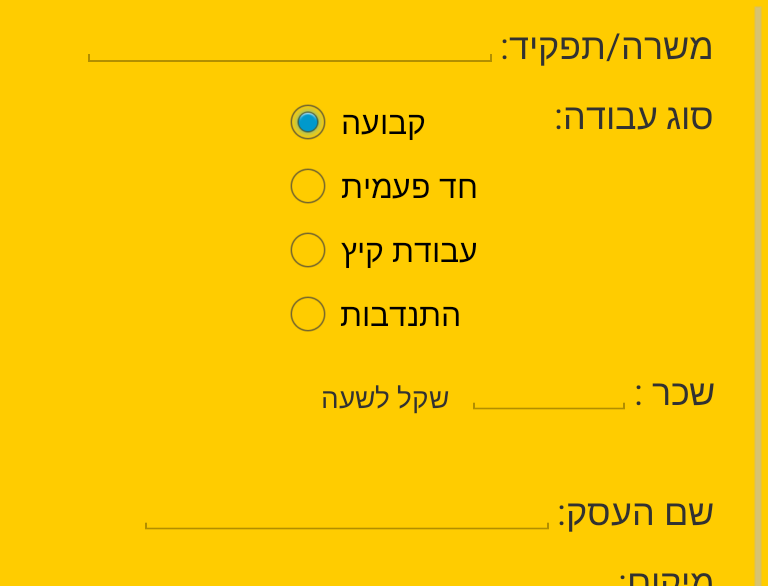
Repository: rodi055/jobli
Layout: Jobli/res/layout/fragment_create_job.xml
The author's editor kept a copy of each file at every save. The layout is drawn from the files as they stood at one save, then again after the next save.
The pictures show rows 0 to 586 of an output 1280 px tall.
Pictures or frames that could not be fetched are drawn as grey boxes. It is drawn on a 768 x 1280 px phone screen (xhdpi) without system bars, with theme AppTheme; the app's code is not run. The app's manifest (not shown) leaves right-to-left support off. So textAlignment, textDirection and layoutDirection are ignored, and left and right values win over start and end ones.

Above is the layout before, as saved 2015-01-03 21:29:43.

### Jobli/res/layout/fragment_create_job.xml
<?xml version="1.0" encoding="utf-8"?>
<LinearLayout xmlns:android="http://schemas.android.com/apk/res/android"
    xmlns:tools="http://schemas.android.com/tools"
    android:layout_width="match_parent"
    android:layout_height="match_parent"
    android:background="#FFCC00"
    android:orientation="vertical"
    tools:context=".CreateNewJobActivity" >

    <ScrollView
        android:layout_width="match_parent"
        android:layout_height="wrap_content" >

        <LinearLayout
            android:layout_width="match_parent"
            android:layout_height="wrap_content"
            android:layout_marginEnd="7dp"
            android:layout_marginLeft="7dp"
            android:layout_marginRight="7dp"
            android:orientation="vertical" >

            <RelativeLayout
                android:layout_width="wrap_content"
                android:layout_height="wrap_content"
                android:layout_marginTop="10dp" >

                <TextView
                    android:id="@+id/textView1"
                    android:layout_width="wrap_content"
                    android:layout_height="wrap_content"
                    android:layout_alignParentEnd="true"
                    android:layout_alignParentRight="true"
                    android:layout_alignParentTop="true"
                    android:layout_marginEnd="20dp"
                    android:layout_marginRight="20dp"
                    android:text="משרה/תפקיד:"
                    android:textSize="18sp" />

                <EditText
                    android:id="@+id/editText1"
                    android:layout_width="wrap_content"
                    android:layout_height="wrap_content"
                    android:layout_alignBottom="@+id/textView1"
                    android:layout_toLeftOf="@+id/textView1"
                    android:layout_toStartOf="@+id/textView1"
                    android:ems="10"
                    android:inputType="text"
                    android:maxLines="1" />
            </RelativeLayout>

            <RelativeLayout
                android:layout_width="wrap_content"
                android:layout_height="wrap_content"
                android:layout_marginTop="10dp" >

                <TextView
                    android:id="@+id/textView2"
                    android:layout_width="wrap_content"
                    android:layout_height="wrap_content"
                    android:layout_alignParentEnd="true"
                    android:layout_alignParentRight="true"
                    android:layout_alignParentTop="true"
                    android:layout_marginEnd="20dp"
                    android:layout_marginRight="20dp"
                    android:text="סוג עבודה:"
                    android:textSize="18sp" />

                <RadioGroup
                    android:id="@+id/radioGroup1"
                    android:layout_width="wrap_content"
                    android:layout_height="wrap_content"
                    android:layout_alignParentTop="true"
                    android:layout_marginEnd="38dp"
                    android:layout_marginRight="38dp"
                    android:layout_toLeftOf="@+id/textView2" >

                    <RadioButton
                        android:id="@+id/radio0"
                        android:layout_width="wrap_content"
                        android:layout_height="wrap_content"
                        android:checked="true"
                        android:text="קבועה" />

                    <RadioButton
                        android:id="@+id/radio1"
                        android:layout_width="wrap_content"
                        android:layout_height="wrap_content"
                        android:text="חד פעמית" />

                    <RadioButton
                        android:id="@+id/radio2"
                        android:layout_width="wrap_content"
                        android:layout_height="wrap_content"
                        android:text="עבודת קיץ" />

                    <RadioButton
                        android:id="@+id/radio3"
                        android:layout_width="wrap_content"
                        android:layout_height="wrap_content"
                        android:text="התנדבות" />
                </RadioGroup>
            </RelativeLayout>

            <RelativeLayout
                android:layout_width="wrap_content"
                android:layout_height="50dp"
                android:layout_marginTop="10dp" >

                <TextView
                    android:id="@+id/textView8"
                    android:layout_width="wrap_content"
                    android:layout_height="wrap_content"
                    android:layout_alignParentEnd="true"
                    android:layout_alignParentRight="true"
                    android:layout_alignParentTop="true"
                    android:layout_marginEnd="20dp"
                    android:layout_marginRight="20dp"
                    android:text="שכר :"
                    android:textSize="18sp" />

                <EditText
                    android:id="@+id/editText8"
                    android:layout_width="wrap_content"
                    android:layout_height="wrap_content"
                    android:layout_alignBottom="@+id/textView8"
                    android:layout_toLeftOf="@+id/textView8"
                    android:ems="4"
                    android:inputType="numberDecimal"
                    android:maxLines="1"
                    android:singleLine="true" />

                <TextView
                    android:id="@+id/textView9"
                    android:layout_width="wrap_content"
                    android:layout_height="wrap_content"
                    android:layout_alignBottom="@+id/textView8"
                    android:layout_marginRight="8dp"
                    android:layout_toLeftOf="@+id/editText8"
                    android:text="שקל לשעה" />
            </RelativeLayout>

            <RelativeLayout
                android:layout_width="wrap_content"
                android:layout_height="wrap_content"
                android:layout_marginTop="10dp" >

                <TextView
                    android:id="@+id/textView3"
                    android:layout_width="wrap_content"
                    android:layout_height="wrap_content"
                    android:layout_alignParentEnd="true"
                    android:layout_alignParentRight="true"
                    android:layout_alignParentTop="true"
                    android:layout_marginEnd="20dp"
                    android:layout_marginRight="20dp"
                    android:text="שם העסק:"
                    android:textSize="18sp" />

                <EditText
                    android:id="@+id/editText3"
                    android:layout_width="wrap_content"
                    android:layout_height="wrap_content"
                    android:layout_alignBottom="@+id/textView3"
                    android:layout_toLeftOf="@+id/textView3"
                    android:layout_alignParentTop="true"
                    android:ems="10"
                    android:maxLines="1"
                    android:singleLine="true" />
            </RelativeLayout>

            <RelativeLayout
                android:layout_width="wrap_content"
                android:layout_height="wrap_content"
                android:layout_marginTop="10dp" >

                <TextView
                    android:id="@+id/textView4"
                    android:layout_width="wrap_content"
                    android:layout_height="wrap_content"
                    android:layout_alignParentEnd="true"
                    android:layout_alignParentRight="true"
                    android:layout_alignParentTop="true"
                    android:layout_marginEnd="20dp"
                    android:layout_marginRight="20dp"
                    android:text="מיקום:"
                    android:textSize="18sp" />
            </RelativeLayout>

            <fragment
                android:id="@+id/My_map"
                android:layout_width="match_parent"
                android:layout_height="120dp"
                android:layout_marginBottom="20dp"
                class="com.google.android.gms.maps.MapFragment" />

            <RelativeLayout
                android:layout_width="wrap_content"
                android:layout_height="wrap_content"
                android:layout_marginTop="10dp" >

                <TextView
                    android:id="@+id/textView5"
                    android:layout_width="wrap_content"
                    android:layout_height="wrap_content"
                    android:layout_alignParentEnd="true"
                    android:layout_alignParentRight="true"
                    android:layout_alignParentTop="true"
                    android:layout_marginEnd="20dp"
                    android:layout_marginRight="20dp"
                    android:text="שם איש קשר:"
                    android:textSize="18sp" />

                <EditText
                    android:id="@+id/editText5"
                    android:layout_width="wrap_content"
                    android:layout_height="wrap_content"
                    android:layout_alignBottom="@+id/textView5"
                    android:layout_toLeftOf="@+id/textView5"
                    android:layout_toStartOf="@+id/textView5"
                    android:layout_alignParentTop="true"
                    android:ems="10"
                    android:inputType="textPersonName"
                    android:maxLines="1"
                    android:singleLine="true" />
            </RelativeLayout>

            <RelativeLayout
                android:layout_width="wrap_content"
                android:layout_height="wrap_content"
                android:layout_marginTop="10dp" >

                <TextView
                    android:id="@+id/textView6"
                    android:layout_width="wrap_content"
                    android:layout_height="wrap_content"
                    android:layout_alignParentEnd="true"
                    android:layout_alignParentRight="true"
                    android:layout_alignParentTop="true"
                    android:layout_marginEnd="20dp"
                    android:layout_marginRight="20dp"
                    android:text="איימיל:"
                    android:textSize="18sp" />

                <EditText
                    android:id="@+id/editText6"
                    android:layout_width="wrap_content"
                    android:layout_height="wrap_content"
                    android:layout_alignBottom="@+id/textView6"
                    android:layout_toLeftOf="@+id/textView6"
                    android:layout_toStartOf="@+id/textView6"
                    android:layout_alignParentTop="true"
                    android:ems="10"
                    android:inputType="textEmailAddress"
                    android:maxLines="1"
                    android:singleLine="true" />
            </RelativeLayout>

            <RelativeLayout
                android:layout_width="wrap_content"
                android:layout_height="wrap_content"
                android:layout_marginTop="10dp"
                android:contentDescription="@android:string/emptyPhoneNumber" >

                <TextView
                    android:id="@+id/textView7"
                    android:layout_width="wrap_content"
                    android:layout_height="wrap_content"
                    android:layout_alignParentEnd="true"
                    android:layout_alignParentRight="true"
                    android:layout_alignParentTop="true"
                    android:layout_marginEnd="20dp"
                    android:layout_marginRight="20dp"
                    android:text="מספר טלפון:"
                    android:textSize="18sp" />

                <EditText
                    android:id="@+id/editText7"
                    android:layout_width="wrap_content"
                    android:layout_height="wrap_content"
                    android:layout_alignBottom="@+id/textView7"
                    android:layout_toLeftOf="@+id/textView7"
                    android:layout_toStartOf="@+id/textView7"
                    android:layout_alignParentTop="true"
                    android:ems="10"
                    android:inputType="phone"
                    android:maxLines="1"
                    android:singleLine="true" />

                <CheckBox
                    android:id="@+id/checkBox1"
                    android:layout_width="wrap_content"
                    android:layout_height="wrap_content"
                    android:layout_alignParentRight="true"
                    android:layout_below="@id/textView7"
                    android:text="אל תציג מספר טלפון"
                    android:textSize="12sp" />
            </RelativeLayout>

            <RelativeLayout
                android:layout_width="wrap_content"
                android:layout_height="0dp"
                android:layout_marginTop="10dp"
                android:layout_weight="0.56" >

                <TextView
                    android:id="@+id/textView10"
                    android:layout_width="wrap_content"
                    android:layout_height="wrap_content"
                    android:layout_alignParentEnd="true"
                    android:layout_alignParentRight="true"
                    android:layout_alignParentTop="true"
                    android:layout_marginBottom="15dp"
                    android:text="דרישות חובה מהתפקיד:"
                    android:textSize="18sp" />

                <TableLayout
                    android:id="@+id/table1"
                    android:layout_width="wrap_content"
                    android:layout_height="wrap_content"
                    android:layout_alignParentRight="true"
                    android:layout_below="@+id/textView10"
                    android:layout_centerVertical="true" >

                    <TableRow
                        android:id="@+id/tableRow11"
                        android:layout_width="wrap_content"
                        android:layout_height="wrap_content" >

                        <CheckBox
                            android:id="@+id/checkBox12"
                            android:layout_width="wrap_content"
                            android:layout_height="wrap_content"
                            android:text="נסיון" />

                        <CheckBox
                            android:id="@+id/checkBox4"
                            android:layout_width="wrap_content"
                            android:layout_height="wrap_content"
                            android:text="ניידות" />

                        <CheckBox
                            android:id="@+id/checkBox42"
                            android:layout_width="wrap_content"
                            android:layout_height="wrap_content"
                            android:text="עבודה פיזית" />
                    </TableRow>

                    <TableRow
                        android:id="@+id/tableRow12"
                        android:layout_width="wrap_content"
                        android:layout_height="wrap_content" >

                        <CheckBox
                            android:id="@+id/checkBox13"
                            android:layout_width="wrap_content"
                            android:layout_height="wrap_content"
                            android:text="בגרות שלם" />

                        <CheckBox
                            android:id="@+id/checkBox2"
                            android:layout_width="wrap_content"
                            android:layout_height="wrap_content"
                            android:text="תואר אקדמי" />

                        <CheckBox
                            android:id="@+id/checkBox24"
                            android:layout_width="wrap_content"
                            android:layout_height="wrap_content"
                            android:text="ידע במחשבים" />
                    </TableRow>

                    <TableRow
                        android:id="@+id/tableRow13"
                        android:layout_width="wrap_content"
                        android:layout_height="wrap_content" >

                        <CheckBox
                            android:id="@+id/checkBox14"
                            android:layout_width="wrap_content"
                            android:layout_height="wrap_content"
                            android:text="12 שנות לימוד" />

                        <CheckBox
                            android:id="@+id/checkBox22"
                            android:layout_width="wrap_content"
                            android:layout_height="wrap_content"
                            android:text="משמרות" />

                        <CheckBox
                            android:id="@+id/checkBox23"
                            android:layout_width="wrap_content"
                            android:layout_height="wrap_content"
                            android:text="שירות צבאי" />
                    </TableRow>

                    <TableRow
                        android:id="@+id/tableRow14"
                        android:layout_width="wrap_content"
                        android:layout_height="wrap_content" >
                    </TableRow>
                </TableLayout>
            </RelativeLayout>

            <RelativeLayout
                android:layout_width="wrap_content"
                android:layout_height="wrap_content"
                android:layout_marginTop="10dp" >

                <TextView
                    android:id="@+id/textView11"
                    android:layout_width="wrap_content"
                    android:layout_height="wrap_content"
                    android:layout_alignParentEnd="true"
                    android:layout_alignParentRight="true"
                    android:layout_alignParentTop="true"
                    android:layout_marginEnd="20dp"
                    android:layout_marginRight="20dp"
                    android:text="הערות נוספות:"
                    android:textSize="18sp" />

                <EditText
                    android:id="@+id/editText11"
                    android:layout_width="wrap_content"
                    android:layout_height="wrap_content"
                    android:layout_alignBottom="@+id/textView11"
                    android:layout_toLeftOf="@+id/textView11"
                    android:layout_toStartOf="@+id/textView11"
                    android:layout_alignParentTop="true"
                    android:ems="10"
                    android:inputType="textMultiLine"
                    android:maxLines="4"
                    android:singleLine="false" />
            </RelativeLayout>

            <LinearLayout
                android:id="@+id/linearLayout1"
                style="?android:attr/buttonBarStyle"
                android:layout_width="match_parent"
                android:layout_height="wrap_content"
                android:layout_alignParentBottom="true"
                android:orientation="horizontal" >

                <Button
                    android:id="@+id/cancel_button"
                    style="?android:attr/buttonBarButtonStyle"
                    android:layout_width="0dp"
                    android:layout_height="wrap_content"
                    android:layout_weight="1"
                    android:paddingLeft="4dp"
                    android:paddingRight="4dp"
                    android:text="ביטול" />

                <Button
                    android:id="@+id/add_button"
                    style="?android:attr/buttonBarButtonStyle"
                    android:layout_width="0dp"
                    android:layout_height="wrap_content"
                    android:layout_weight="1"
                    android:paddingLeft="4dp"
                    android:paddingRight="4dp"
                    android:text="פרסם" />
            </LinearLayout>
        </LinearLayout>
    </ScrollView>

</LinearLayout>

Loaded but not shown: Jobli/res/values/styles.xml (common file); Jobli/res/values-v11/styles.xml (common file); Jobli/res/values-v14/styles.xml (common file)

After the next save:
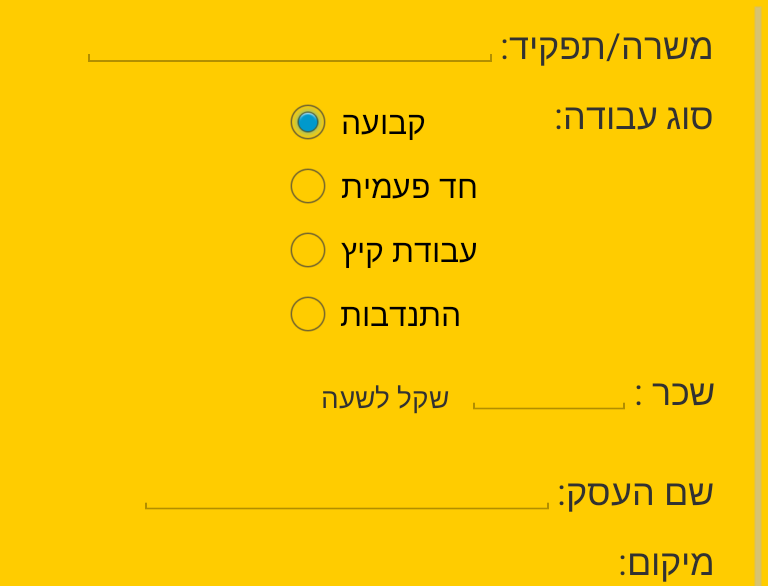
Saved 11 s later.
--- a/Jobli/res/layout/fragment_create_job.xml
+++ b/Jobli/res/layout/fragment_create_job.xml
@@ -103,7 +103,7 @@
 
             <RelativeLayout
                 android:layout_width="wrap_content"
-                android:layout_height="50dp"
+                android:layout_height="40dp"
                 android:layout_marginTop="10dp" >
 
                 <TextView
